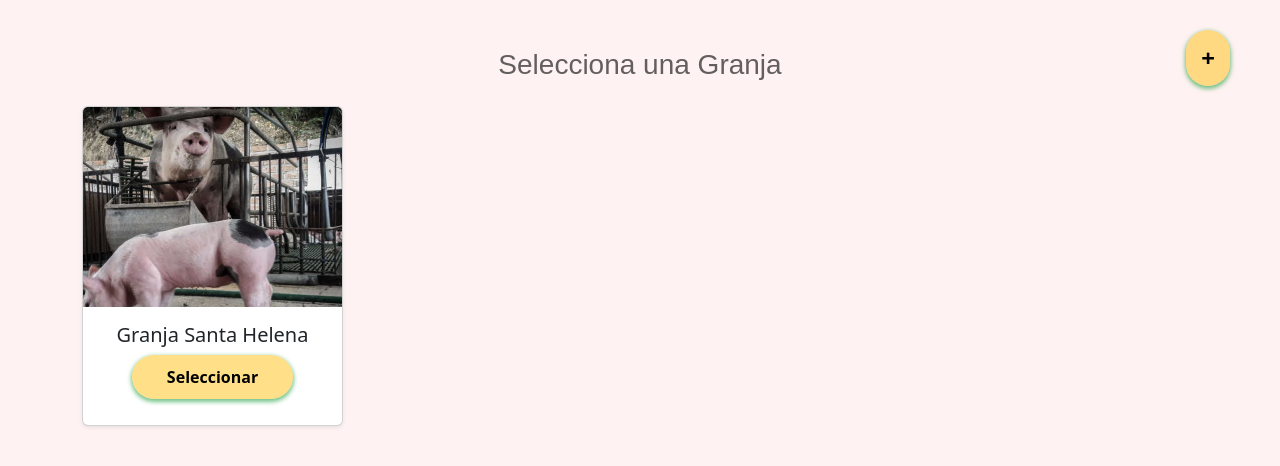
Repository: Mateojimenezz/Granja-Santa-Helena
Page: seleccionarGranja.html
These files come from the project's save history. The page is drawn as it stood at one moment and after the next save; the edit follows.
The browser window is 1280 px wide. The pictures show the whole page.
Some web fonts or font styles are not loaded; a fallback is used.

Above is the page before, as saved 2025-05-13 11:47:21.
Console error: SyntaxError: Unexpected token '}'

After the next save:
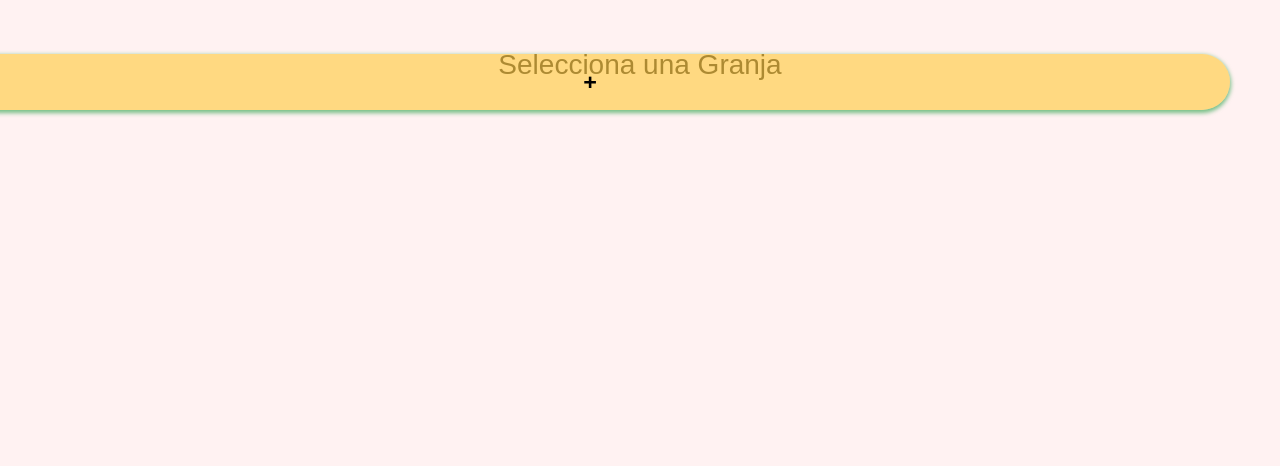
The error is gone.
Saved 6 s later.
--- a/assets/js/seleccionarGranja.js
+++ b/assets/js/seleccionarGranja.js
@@ -58,7 +58,7 @@ document.getElementById("form-granja")?.addEventListener("submit", function(even
 
     // 🌟 Mover el botón al final de la última granja agregada
     listaGranjas.appendChild(botonAgregar);
-});
+
 
 
 function seleccionarGranja(nombre) {
